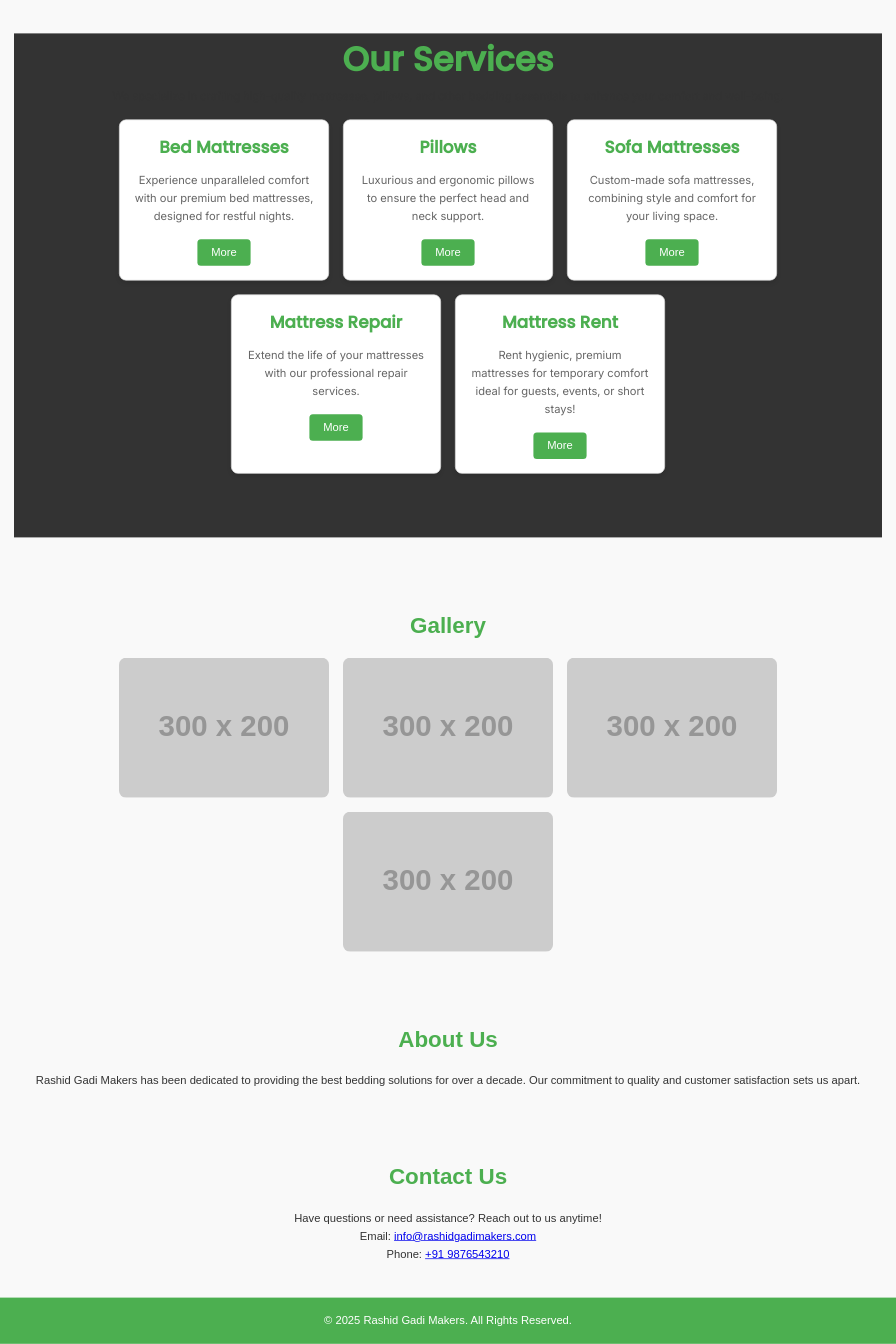
Repository: nadafgroup/rashidgadiUI
Page: src/home.html
An editor plug-in stored every save of this project. The page is shown before and after the next save, followed by the edit.
The browser window is 1280 px wide. The pictures show the part of the page from y = 564 to 2484 px (the page is 2484 px tall before and 2412 px after), at 70% of full size.

Above is the page before, as saved 2025-01-23 11:41:37.

After the next save:
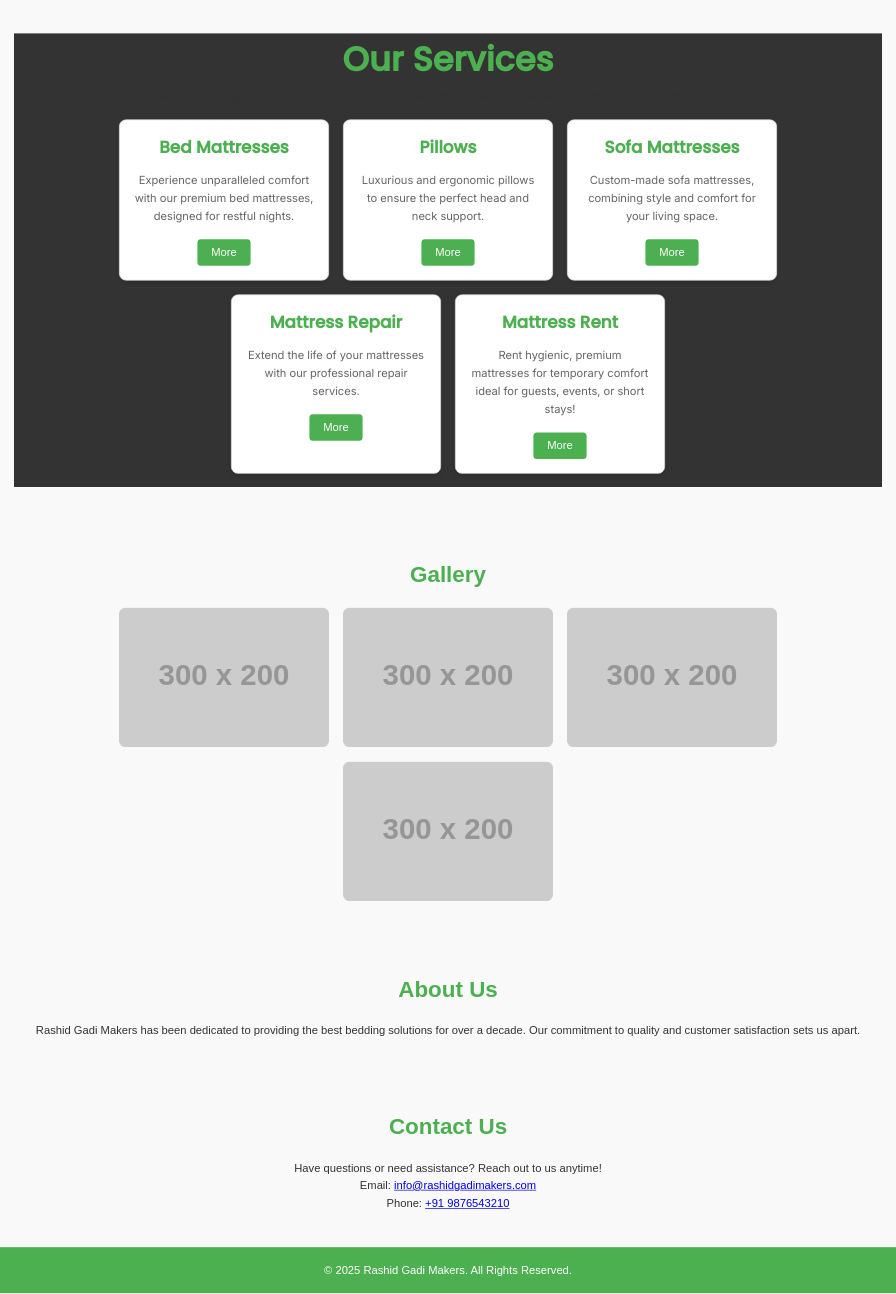
Saved 11 s later.
--- a/src/home.css
+++ b/src/home.css
@@ -121,7 +121,7 @@ body {
 
 
 .container{
-    height: 100vh;
+    height: 90vh;
     background-color: #333;
 }
 
